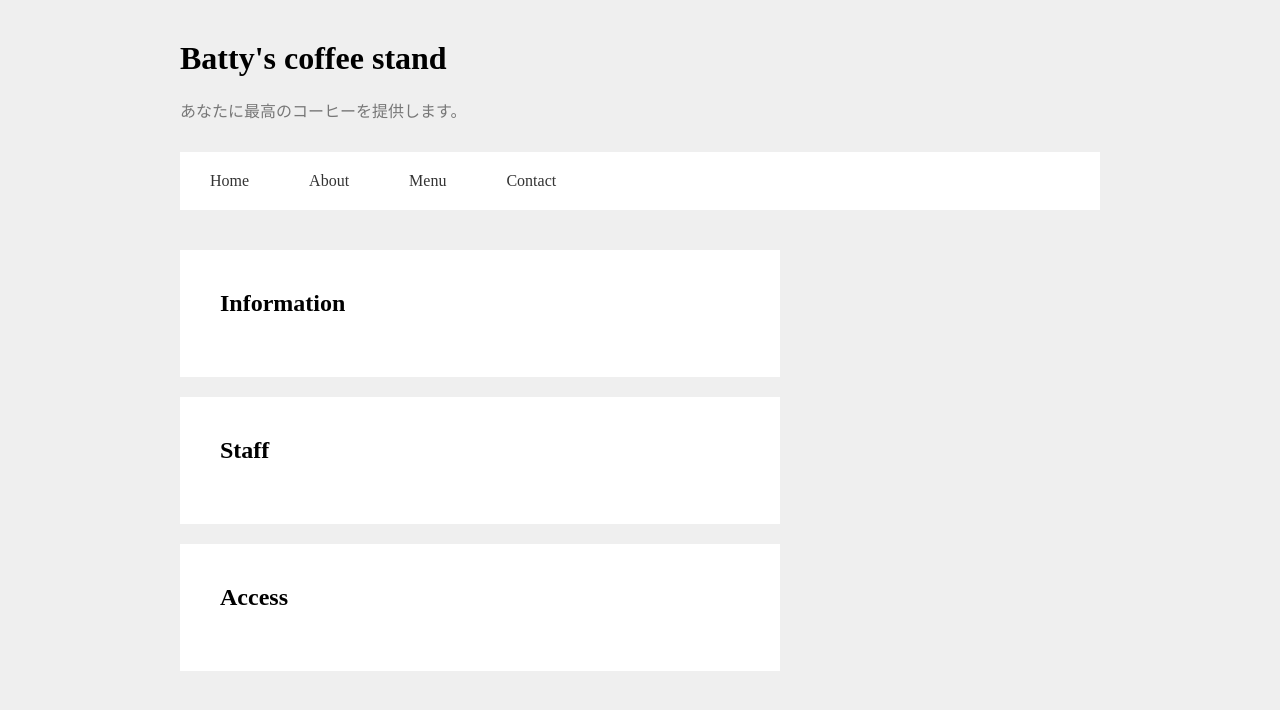
Repository: KawashimaRyuma/mynews
Page: html/batty_coffee_stand/index.html
The author's editor kept a record of every edit. The page is drawn from the files as they stood at one moment, then again after the next edit.
The browser window is 1280 px wide. The pictures show the whole page.

Above is the page before.

### html/batty_coffee_stand/index.html
<!DOCTYPE HTML>
<html>
  <head>
    <meta charset="UTF-8">
    <title>Batty's Coffee Stand</title>
    <link rel="stylesheet" href="css/normalize.css">
    <link rel="stylesheet" href="css/style.css">
  </head>
  <body>
    <header>
  <div class="container">
    <div class="header-title-area">
      <h1 class="logo">Batty's coffee stand</h1>
      <p class="text-sub">あなたに最高のコーヒーを提供します。</p>
    </div>
    <ul class="header-navigation">
  <li><a href="#">Home</a></li>
  <li><a href="#">About</a></li>
  <li><a href="#">Menu</a></li>
  <li><a href="#">Contact</a></li>
</ul>

  </div>
</header>
<div class="main">
  <div class="container">
    <div class="left-contents">
    <div class="card-contents">
      <h2 class="text-title">Information</h2>
    </div>
    <div class="card-contents">
      <h2 class="text-title">Staff</h2>
    </div>
    <div class="card-contents">
      <h2 class="text-title">Access</h2>
    </div>
  </div>
</div>
  </body>
</html>

### html/batty_coffee_stand/css/style.css
body {
  background-color: #efefef;
}
header {
  margin-top: 20px;
}
.container {
  width: 920px;
  margin: 0 auto 40px auto;
}
.header-title-area {
  margin-top: 40px;
  margin-bottom: 30px;
}
.logo {
  font-size: 32px;
}
.text-sub {
  color: #777;
}
.header-navigation {
  width: 100%;
  background-color: #fff;
  padding: 20px 0;
}
.header-navigation {
  width: 100%;
  background-color: #fff;
  padding: 20px 0;
}

.header-navigation:after {
  clear: both;
  display: block;
  content: " ";
}

.header-navigation li {
  float: left;
  padding: 0 30px;
  text-align: center;
  list-style-type: none;
}

.header-navigation li a {
  color: #333;
  text-decoration: none;
}
.text-title {
  font-size: 24px;
  font-weight: bold;
  margin-top: 0;
  margin-bottom: 20px;
}

.card-contents {
  padding: 40px;
  display: block;
  margin-bottom: 20px;
  background-color: #fff;
}
.left-contents {
  width: 600px;
  margin-right: 20px;
  float: left;
}

.right-contents {
  width: 300px;
  float: left;
}
.information-list {
  list-style-type: none;
  padding-left: 0;
}

.information-list li {
  margin-bottom: 10px;
}
.staff-list-area:after {
  clear: both;
  display: block;
  content: " ";
}
.staff-list {
  width: 150px;
  margin-right: 35px;
  float: left;
}
.staff-list:last-child {
  margin-right: 0;
}
.staff-image {
  margin-bottom: 10px;
  width: 150px;
  height: 150px;
  display: block;
}
.staff-name {
  text-align: center;
}
.copyright {
  color: #777;
  text-align: center;
}
.main:after {
  clear: both;
  display: block;
  content: " ";
}

Loaded but not shown: html/batty_coffee_stand/css/normalize.css (library)

After the next edit:
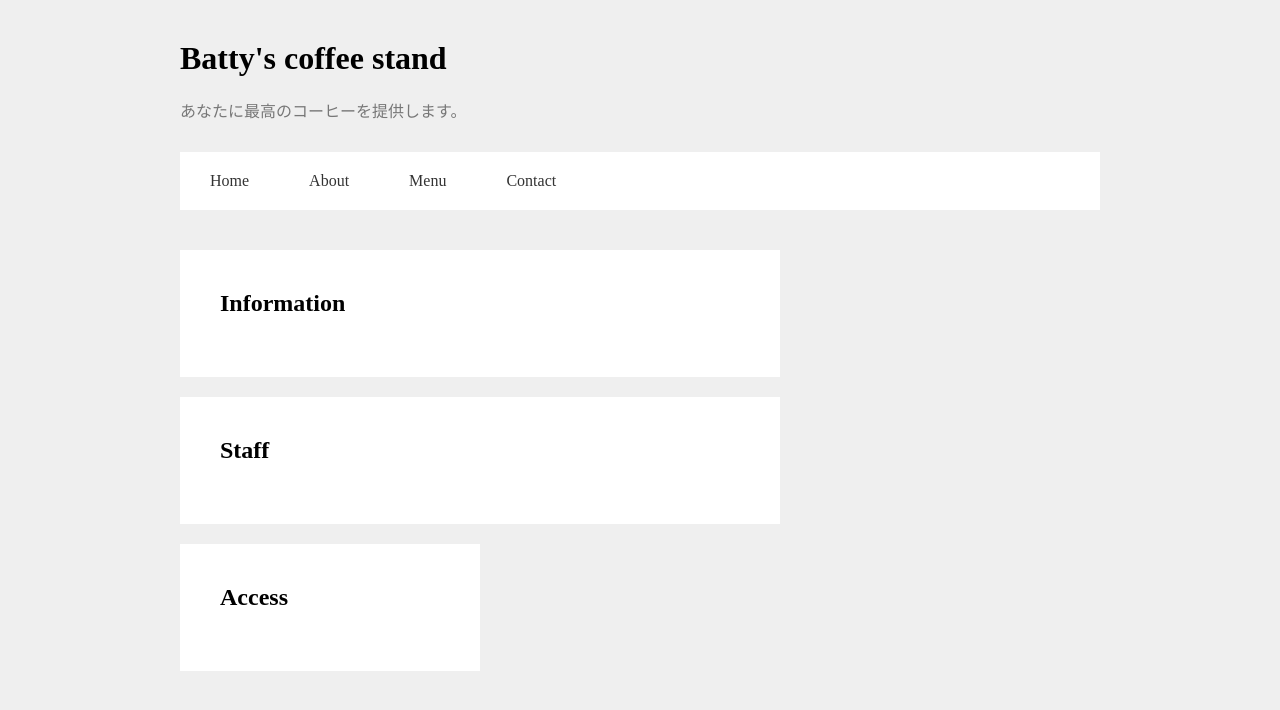
The edit:
--- a/html/batty_coffee_stand/index.html
+++ b/html/batty_coffee_stand/index.html
@@ -31,6 +31,7 @@
     <div class="card-contents">
       <h2 class="text-title">Staff</h2>
     </div>
+    <div class="right-contents">
     <div class="card-contents">
       <h2 class="text-title">Access</h2>
     </div>
